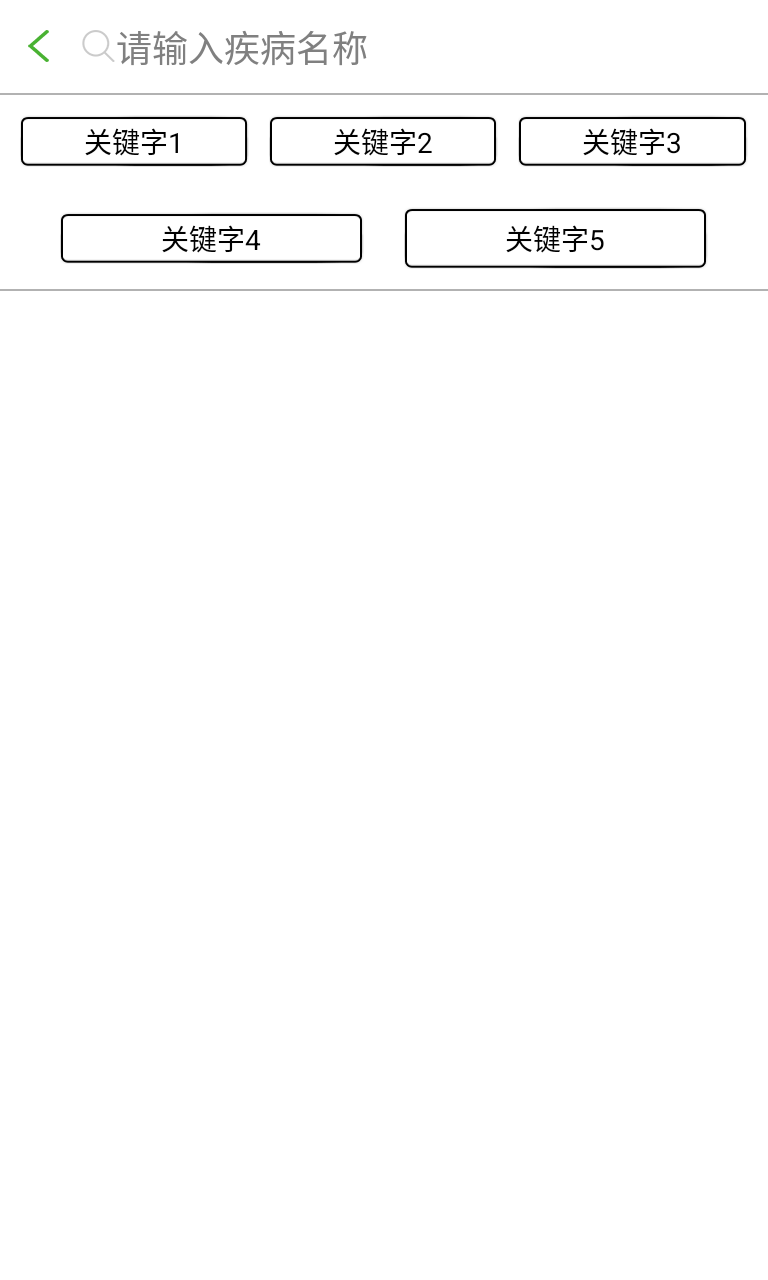
Repository: hjhlove110/XYApp
Layout: XYApp/res/layout/serache_view.xml
The author's editor kept a copy of each file at every save. The layout is drawn from the files as they stood at one save, then again after the next save.
It is drawn on a 768 x 1280 px phone screen (xhdpi) without system bars, with theme Translucent; the app's code is not run.

Above is the layout before, as saved 2015-09-23 05:46:35.

After the next save:
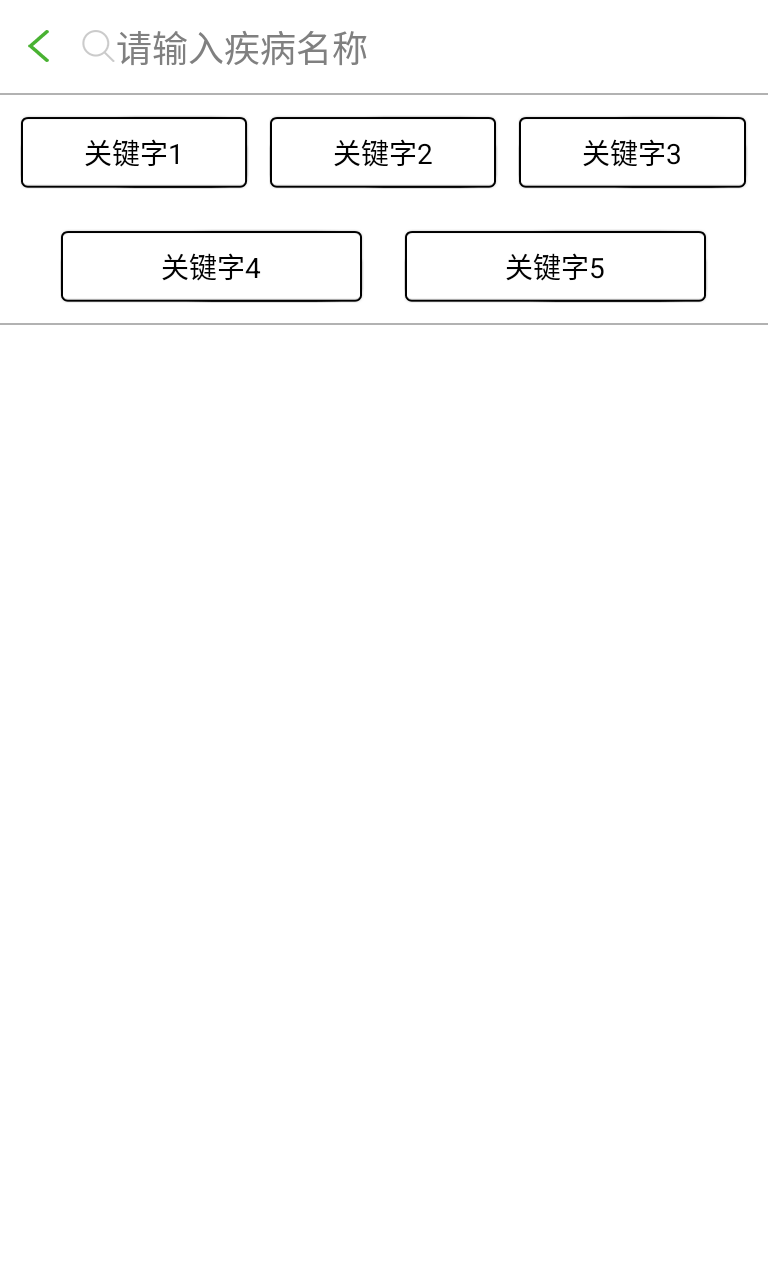
Saved 42 s later.
--- a/XYApp/res/layout/serache_view.xml
+++ b/XYApp/res/layout/serache_view.xml
@@ -47,6 +47,8 @@
             android:layout_height="wrap_content"
             android:layout_weight="1"
             android:background="@drawable/edittext_back"
+            android:paddingBottom="8dp"
+            android:paddingTop="8dp"
             android:text="关键字1" />
 
         <Button
@@ -57,6 +59,8 @@
             android:layout_marginRight="10dp"
             android:layout_weight="1"
             android:background="@drawable/edittext_back"
+            android:paddingBottom="8dp"
+            android:paddingTop="8dp"
             android:text="关键字2" />
 
         <Button
@@ -65,6 +69,8 @@
             android:layout_height="wrap_content"
             android:layout_weight="1"
             android:background="@drawable/edittext_back"
+            android:paddingBottom="8dp"
+            android:paddingTop="8dp"
             android:text="关键字3" />
     </LinearLayout>
 
@@ -81,6 +87,8 @@
             android:layout_marginLeft="20dp"
             android:layout_weight="1"
             android:background="@drawable/edittext_back"
+            android:paddingBottom="8dp"
+            android:paddingTop="8dp"
             android:text="关键字4" />
 
         <Button
@@ -89,10 +97,10 @@
             android:layout_height="wrap_content"
             android:layout_marginLeft="20dp"
             android:layout_marginRight="20dp"
-            android:paddingTop="5dp"
-            android:paddingBottom="5dp"
             android:layout_weight="1"
             android:background="@drawable/edittext_back"
+            android:paddingBottom="8dp"
+            android:paddingTop="8dp"
             android:text="关键字5" />
     </LinearLayout>
 
